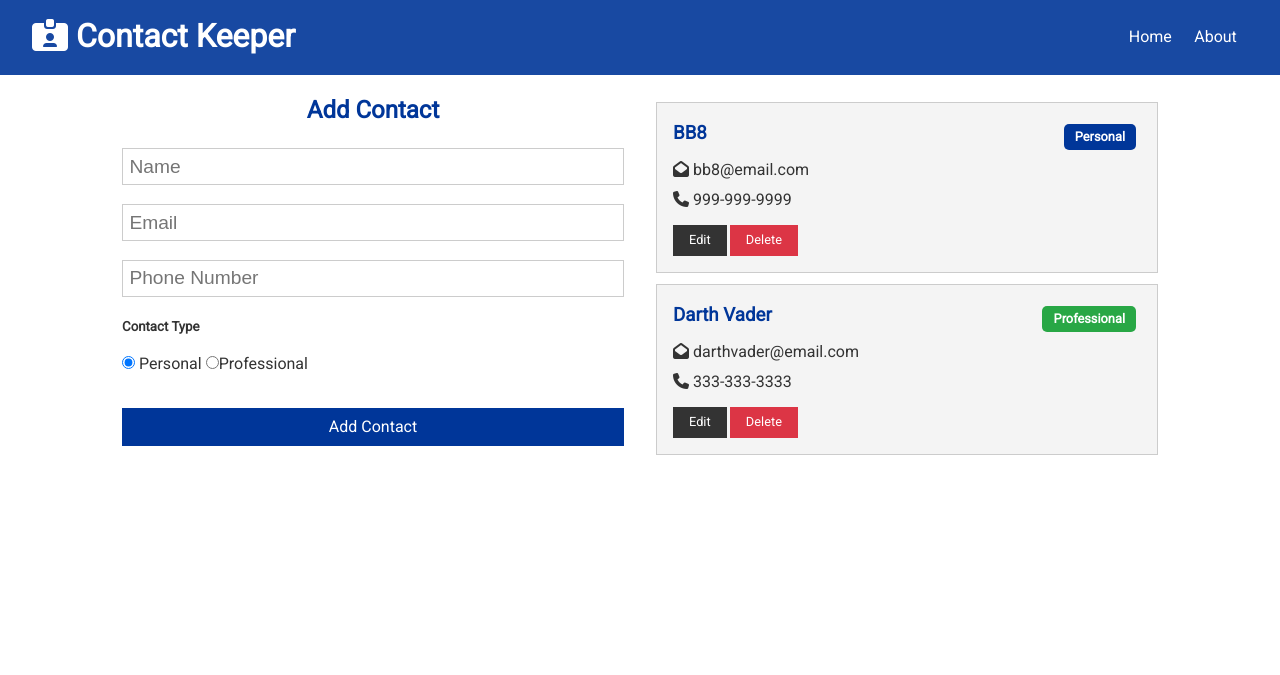
Repository: mjcanon4/contact-keeper
Page: / (app in client/)
An editor plug-in stored every save of this project. The page is shown before and after a run of saves, followed by the edit.
The browser window is 1280 px wide. The pictures show the whole page.
Some web libraries are served in a nearby version. The project was rebuilt for these pictures with package versions that can differ from the ones it lists, and the page was loaded fresh each time. A package was used in the major version that the imports need, not the one package.json lists. Also part of the build but not shown: client/src/components/pages/About.js.

Above is the page before, as saved 2021-08-21 00:01:58.

### client/public/index.html
<!DOCTYPE html>
<html lang="en">
  <head>
    <meta charset="utf-8" />
    <link rel="icon" href="%PUBLIC_URL%/favicon.ico" />
    <meta name="viewport" content="width=device-width, initial-scale=1" />
    <meta name="theme-color" content="#000000" />

    <link rel="manifest" href="%PUBLIC_URL%/manifest.json" />
    <script
      src="https://kit.fontawesome.com/90d15019d4.js"
      crossorigin="anonymous"
    ></script>
    <title>Contact Keeper | Keep track of your contacts</title>
  </head>
  <body>
    <noscript>You need to enable JavaScript to run this app.</noscript>
    <div id="root"></div>
  </body>
</html>

### client/src/App.js
import React from "react";
import { BrowserRouter as Router, Route, Switch } from "react-router-dom";

import Navbar from "../src/components/layouts/Navbar";
import Home from "./components/pages/Home";
import About from "./components/pages/About";

import ContactState from "./context/contact/ContactState";

import "./App.css";

const App = () => {
  return (
    <ContactState>
      <Router>
        <Navbar />
        <div className="container">
          <Switch>
            <Route exact path="/" component={Home} />
            <Route exact path="/about" component={About} />
          </Switch>
        </div>
      </Router>
    </ContactState>
  );
};

export default App;

### client/src/components/layouts/Navbar.js
import React from "react";
import PropTypes from "prop-types";
import { Link } from "react-router-dom";

const Navbar = ({ title, icon }) => {
  return (
    <div className="navbar bg-primary">
      <h1>
        <i className={icon} /> {title}
      </h1>
      <ul>
        <li>
          <Link to="/">Home</Link>
        </li>
        <li>
          <Link to="/about">About</Link>
        </li>
      </ul>
    </div>
  );
};

Navbar.propTypes = {
  title: PropTypes.string.isRequired,
  icon: PropTypes.string,
};

Navbar.defaultProps = {
  title: "Contact Keeper",
  icon: "fas fa-id-card-alt",
};

export default Navbar;

### client/src/components/pages/Home.js
import React from "react";
import Contacts from "../contacts/Contacts";
import ContactForm from "../contacts/ContactForm";

const Home = () => {
  return (
    <div className="grid-2">
      <div>
        <ContactForm />
      </div>
      <div>
        <Contacts />
      </div>
    </div>
  );
};
export default Home;

### client/src/context/contact/ContactState.js
import React, { useReducer } from "react";
import ContactContext from "./contactContext";
import contactReducer from "./contactReducer";
import {
  ADD_CONTACT,
  DELETE_CONTACT,
  SET_CURRENT,
  CLEAR_CURRENT,
  UPDATE_CONTACT,
  FILTER_CONTACT,
  CLEAR_FILTER,
} from "../types";

const ContactState = (props) => {
  const initialState = {
    contacts: [
      {
        type: "personal",
        id: "1",
        name: "BB8",
        email: "bb8@email.com",
        phone: "999-999-9999",
      },
      {
        type: "professional",
        id: "2",
        name: "Darth Vader",
        email: "darthvader@email.com",
        phone: "333-333-3333",
      },
    ],
  };

  const [state, dispatch] = useReducer(contactReducer, initialState);

  // ADD CONTACT
  const addContact = (contact) => {
    dispatch({ type: ADD_CONTACT, payload: contact });
    console.log(contact);
  };

  // DELETE CONTACT

  // SET CURRENT CONTACT

  // CLEAR CURRENT CONTACT

  // UPDATE CONTACT

  // FILTER CONTACTS

  // CLEAR FILTER

  return (
    <ContactContext.Provider
      value={{
        contacts: state.contacts,
        addContact,
      }}
    >
      {props.children}
    </ContactContext.Provider>
  );
};

export default ContactState;

### client/src/App.css
@import url("https://fonts.googleapis.com/css?family=Roboto");

/* Global Styles */
:root {
  --primary-color: #003699;
  --dark-color: #333333;
  --light-color: #f4f4f4;
  --danger-color: #dc3545;
  --success-color: #28a745;
}

* {
  box-sizing: border-box;
  margin: 0;
  padding: 0;
}

body {
  font-family: "Roboto", sans-serif;
  font-size: 1rem;
  line-height: 1.6;
  background-color: #fff;
  color: #333;
}

a {
  color: var(--primary-color);
  text-decoration: none;
}

a:hover {
  color: #666;
}

ul {
  list-style: none;
}

img {
  width: 100%;
}

/* Utilities */
.container {
  max-width: 1100px;
  margin: auto;
  overflow: hidden;
  padding: 0 2rem;
}

/* Text Styles*/
.x-large {
  font-size: 4rem;
  line-height: 1.2;
  margin-bottom: 1rem;
}

.large {
  font-size: 3rem;
  line-height: 1.2;
  margin-bottom: 1rem;
}

.lead {
  font-size: 1.5rem;
  margin-bottom: 1rem;
}

.text-center {
  text-align: center;
}

.text-primary {
  color: var(--primary-color);
}

.text-dark {
  color: var(--dark-color);
}

.text-center {
  text-align: center;
}

.text-right {
  text-align: right;
}

.text-left {
  text-align: left;
}

/* Cards */
.card {
  padding: 1rem;
  border: #ccc 1px dotted;
  margin: 0.7rem 0;
}

/* List */
.list {
  margin: 0.5rem 0;
}

.list li {
  padding-bottom: 0.3rem;
}

/* Padding */
.p {
  padding: 0.5rem;
}
.p-1 {
  padding: 1rem;
}
.p-2 {
  padding: 2rem;
}
.p-3 {
  padding: 3rem;
}
.py {
  padding: 0.5rem 0;
}
.py-1 {
  padding: 1rem 0;
}
.py-2 {
  padding: 2rem 0;
}
.py-3 {
  padding: 3rem 0;
}

/* Margin */
.m {
  margin: 0.5rem;
}
.m-1 {
  margin: 1rem;
}
.m-2 {
  margin: 2rem;
}
.m-3 {
  margin: 3rem;
}
.my {
  margin: 0.5rem 0;
}
.my-1 {
  margin: 1rem 0;
}
.my-2 {
  margin: 2rem 0;
}
.my-3 {
  margin: 3rem 0;
}

/* Grid */
.grid-2 {
  display: grid;
  grid-template-columns: repeat(2, 1fr);
  grid-gap: 2rem;
}

.grid-3 {
  display: grid;
  grid-template-columns: repeat(3, 1fr);
  grid-gap: 1rem;
}

.grid-4 {
  display: grid;
  grid-template-columns: repeat(4, 1fr);
  grid-gap: 2rem;
}

.grid-2-3 {
  display: grid;
  grid-template-columns: 2fr 3fr;
  grid-gap: 2rem;
}

.btn {
  display: inline-block;
  background: var(--light-color);
  color: #333;
  padding: 0.4rem 1.3rem;
  font-size: 1rem;
  border: none;
  cursor: pointer;
  margin-right: 0.5rem;
  transition: opacity 0.2s ease-in;
  outline: none;
}

.btn-link {
  background: none;
  padding: 0;
  margin: 0;
}

.btn-block {
  display: block;
  width: 100%;
}

.btn-sm {
  font-size: 0.8rem;
  padding: 0.3rem 1rem;
  margin-right: 0.2rem;
}

.badge {
  font-size: 0.8rem;
  padding: 0.2rem 0.7rem;
  text-align: center;
  margin: 0.3rem;
  background: var(--light-color);
  color: #333;
  border-radius: 5px;
}

.alert {
  padding: 0.7rem;
  margin: 1rem 0;
  opacity: 0.9;
  background: var(--light-color);
  color: #333;
}

.btn-primary,
.bg-primary,
.badge-primary,
.alert-primary {
  background: var(--primary-color);
  color: #fff;
}

.btn-light,
.bg-light,
.badge-light,
.alert-light {
  background: var(--light-color);
  color: #333;
}

.btn-dark,
.bg-dark,
.badge-dark,
.alert-dark {
  background: var(--dark-color);
  color: #fff;
}

.btn-danger,
.bg-danger,
.badge-danger,
.alert-danger {
  background: var(--danger-color);
  color: #fff;
}

.btn-success,
.bg-success,
.badge-success,
.alert-success {
  background: var(--success-color);
  color: #fff;
}

.btn-white,
.bg-white,
.badge-white,
.alert-white {
  background: #fff;
  color: #333;
  border: #ccc solid 1px;
}

.btn:hover {
  opacity: 0.8;
}

.bg-light,
.badge-light {
  border: #ccc solid 1px;
}

.round-img {
  border-radius: 50%;
}

/* Forms */
input {
  margin: 1.2rem 0;
}

.form-text {
  display: block;
  margin-top: 0.3rem;
  color: #888;
}

input[type="text"],
input[type="email"],
input[type="phone"],
input[type="password"],
input[type="date"],
select,
textarea {
  display: block;
  width: 100%;
  padding: 0.4rem;
  font-size: 1.2rem;
  border: 1px solid #ccc;
}

input[type="submit"],
button {
  font: inherit;
}

.form-group {
  margin: 1.2rem 0;
}

.form-group input {
  margin: 0.2rem 0;
}

.form-container {
  max-width: 500px;
  margin: 2rem auto;
  overflow: hidden;
  padding: 0 2rem;
}

.form-container h1,
h2,
h3 {
  text-align: center;
}

table th,
table td {
  padding: 1rem;
  text-align: left;
}

table th {
  background: var(--light-color);
}

/* Navbar */
.navbar {
  display: flex;
  justify-content: space-between;
  align-items: center;
  padding: 0.7rem 2rem;
  z-index: 1;
  width: 100%;
  border-bottom: solid 1px var(--primary-color);
  opacity: 0.9;
  margin-bottom: 1rem;
}

.navbar ul {
  display: flex;
}

.navbar a {
  color: #fff;
  padding: 0.45rem;
  margin: 0 0.25rem;
}

.navbar a:hover {
  color: var(--light-color);
}

.navbar .welcome span {
  margin-right: 0.6rem;
}

/* Animation (Add After) */
.item-enter {
  opacity: 0;
}
.item-enter-active {
  opacity: 1;
  transition: opacity 1000ms ease-in;
}
.item-exit {
  opacity: 1;
}
.item-exit-active {
  opacity: 0;
  transition: opacity 1000ms ease-in;
}

/* Mobile Styles */
@media (max-width: 700px) {
  .hide-sm {
    display: none;
  }

  .grid-2,
  .grid-3,
  .grid-4 {
    grid-template-columns: 1fr;
  }

  /* Text Styles */
  .x-large {
    font-size: 3rem;
  }

  .large {
    font-size: 2rem;
  }

  .lead {
    font-size: 1rem;
  }

  /* Navbar */
  .navbar {
    display: block;
    text-align: center;
  }

  .navbar h1 {
    margin-bottom: 0.6rem;
  }

  .navbar ul {
    text-align: center;
    justify-content: center;
  }
}

### client/src/components/contacts/Contacts.js
import React, { Fragment, useContext } from "react";
import ContactContext from "../../context/contact/contactContext";
import ContactItem from "./ContactItem";

const Contacts = () => {
  const contactContext = useContext(ContactContext);

  const { contacts } = contactContext;

  return (
    <Fragment>
      {contacts.map((contact) => (
        <ContactItem key={contact.id} contact={contact} />
      ))}
    </Fragment>
  );
};

export default Contacts;

### client/src/components/contacts/ContactForm.js
import React, { useState, useContext } from "react";
import ContactContext from "../../context/contact/contactContext";

const ContactForm = () => {
  const contactContext = useContext(ContactContext);

  const [contact, setContact] = useState({
    name: "",
    email: "",
    phone: "",
    type: "personal",
  });

  const { name, email, phone, type } = contact;

  const onChange = (e) =>
    setContact({ ...contact, [e.target.name]: e.target.value });

  const onSubmit = (e) => {
    e.preventDefault();
    contactContext.addContact(contact);
    setContact({ name: "", email: "", phone: "", type: "personal" });
  };

  return (
    <form onSubmit={onSubmit}>
      <h2 className="text-primary">Add Contact</h2>
      <input
        type="text"
        placeholder="Name"
        name="name"
        value={name}
        onChange={onChange}
      />
      <input
        type="email"
        placeholder="Email"
        name="email"
        value={email}
        onChange={onChange}
      />
      <input
        type="phone"
        placeholder="Phone Number"
        name="phone"
        value={phone}
        onChange={onChange}
      />
      <h5>Contact Type</h5>
      <input
        type="radio"
        name="type"
        value="personal"
        checked={type === "personal"}
        onChange={onChange}
      />{" "}
      Personal{" "}
      <input
        type="radio"
        name="type"
        value="professional"
        checked={type === "professional"}
        onChange={onChange}
      />
      Professional{" "}
      <div>
        <input
          type="submit"
          value="Add Contact"
          className="btn btn-primary btn-block"
        />
      </div>
    </form>
  );
};

export default ContactForm;

### client/src/context/contact/contactReducer.js
import {
  ADD_CONTACT,
  DELETE_CONTACT,
  SET_CURRENT,
  CLEAR_CURRENT,
  UPDATE_CONTACT,
  FILTER_CONTACT,
  CLEAR_FILTER,
} from "../types";

export default (state, action) => {
  switch (action.type) {
    case ADD_CONTACT:
      return {
        ...state,
        contact: [...state.contacts, action.payload],
      };
    default:
      return state;
  }
};

### client/src/context/types.js
export const ADD_CONTACT = "ADD_CONTACT";
export const DELETE_CONTACT = "DELETE_CONTACT";
export const SET_CURRENT = "SET_CURRENT";
export const CLEAR_CURRENT = "CLEAR_CURRENT";
export const UPDATE_CONTACT = "UPDATE_CONTACT";
export const FILTER_CONTACT = "FILTER_CONTACT";
export const CLEAR_FILTER = "CLEAR_FILTER";
export const SET_ALERT = "SET_ALERT";
export const REMOVE_ALERT = "REMOVE_ALERT";

### client/src/components/contacts/ContactItem.js
import React from "react";
import PropTypes from "prop-types";

const ContactItem = ({ contact }) => {
  const { id, name, email, phone, type } = contact;

  return (
    <div className="card bg-light">
      <h3 className="text-primary text-left">
        {name}{" "}
        <span
          style={{ float: "right" }}
          className={
            "badge " +
            (type == "professional" ? "badge-success" : "badge-primary")
          }
        >
          {type.charAt(0).toUpperCase() + type.slice(1)}
        </span>
      </h3>
      <ul className="list">
        {email && (
          <li>
            <icon className="fas fa-envelope-open"></icon> {email}
          </li>
        )}
        {phone && (
          <li>
            <icon className="fas fa-phone"></icon> {phone}
          </li>
        )}
      </ul>
      <p>
        <button className="btn btn-dark btn-sm">Edit</button>
        <button className="btn btn-danger btn-sm">Delete</button>
      </p>
    </div>
  );
};

ContactItem.propTypes = {
  contact: PropTypes.object.isRequired,
};

export default ContactItem;

Loaded but not shown: client/src/index.js (common file); client/src/context/contact/contactContext.js (common file)

After the next 2 saves:
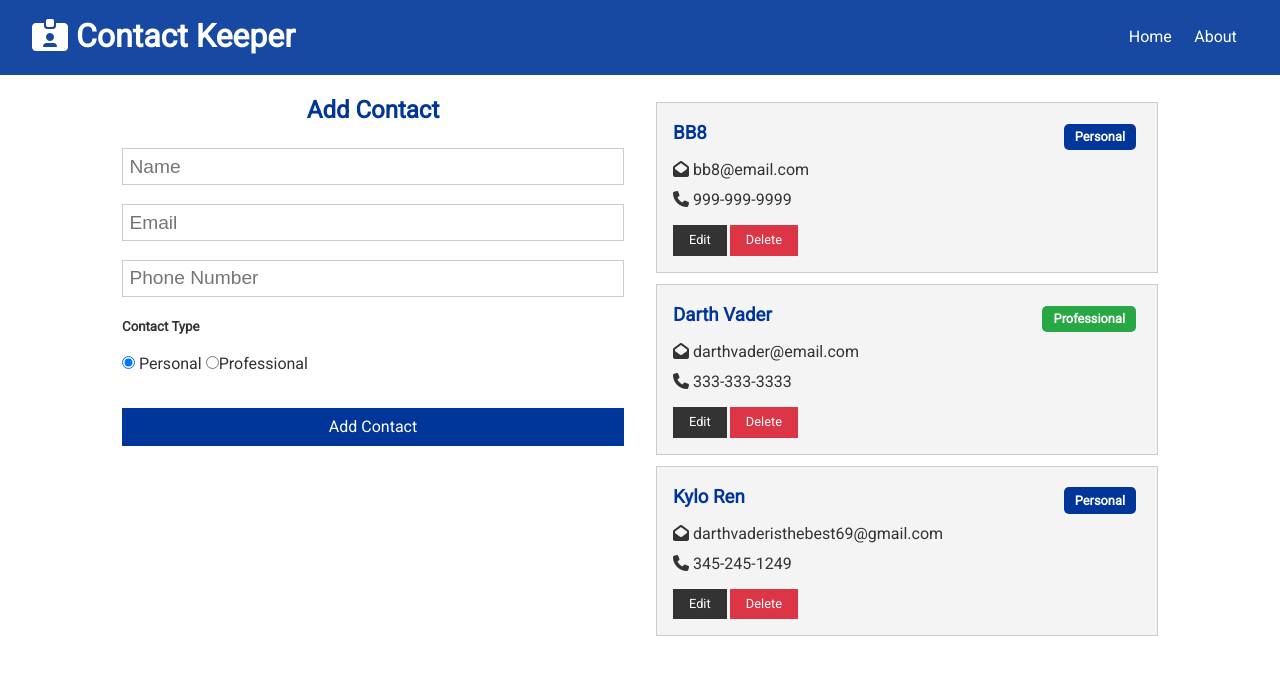
The 2 saves are shown as one change because 1 did not build or start.
The last was saved 38 h 33 min later.
--- a/client/src/context/contact/ContactState.js
+++ b/client/src/context/contact/ContactState.js
@@ -27,6 +27,13 @@ const ContactState = (props) => {
         name: "Darth Vader",
         email: "darthvader@email.com",
         phone: "333-333-3333",
+      },
+      {
+        type: "personal",
+        id: "3",
+        name: "Kylo Ren",
+        email: "darthvaderisthebest69@gmail.com",
+        phone: "345-245-1249",
       },
     ],
   };
